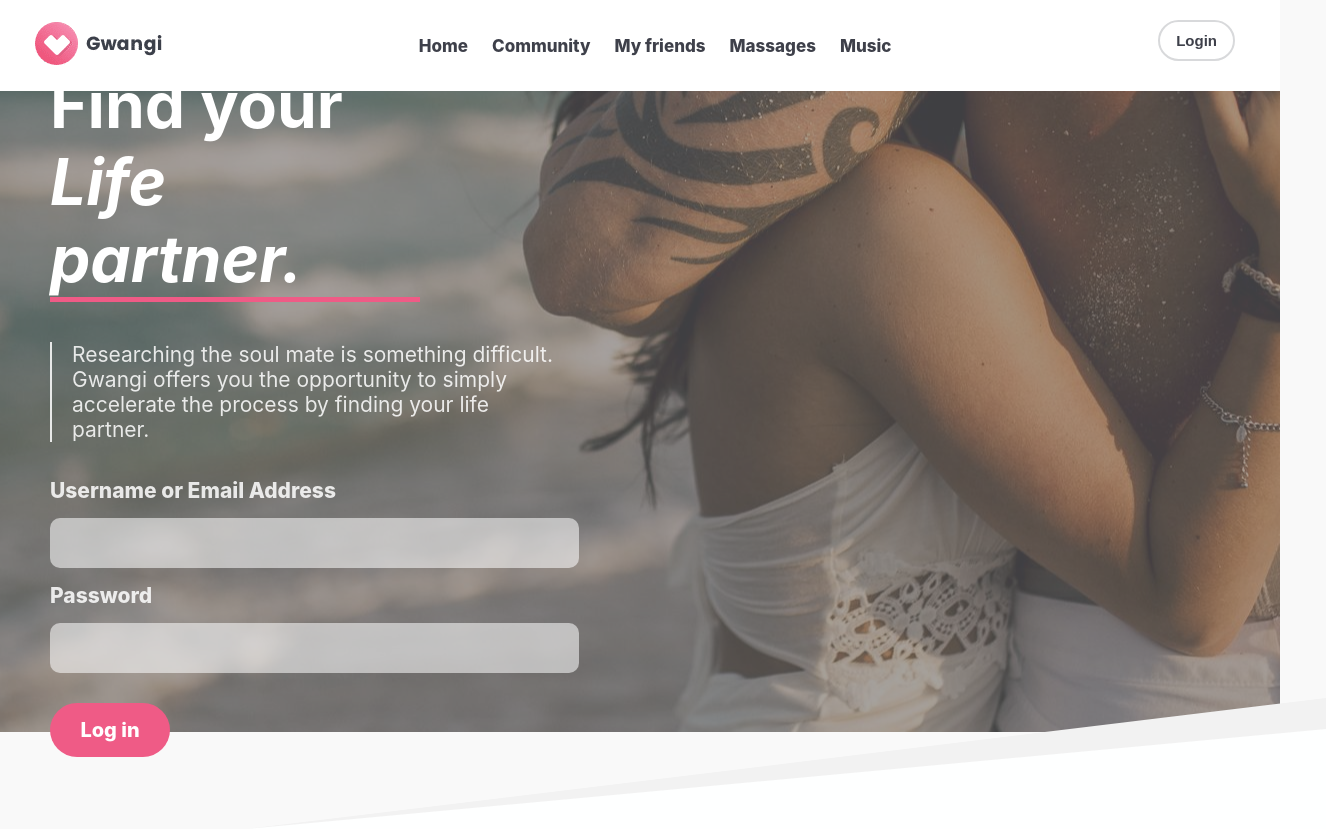
Repository: ShokunLiubov/Soc-Network-React
Page: /profile
The author's editor kept a copy of each file at every save. The page is drawn from the files as they stood at one save, then again after the next save.
The browser window is 1280 px wide. The page is 1326 px wide, so the pictures cover 1326 px, including what lies to the right of the window. The pictures show the whole page.
The page's requests for data from a server got no answer. The project was rebuilt for these pictures with package versions that can differ from the ones it lists, and the page was loaded fresh each time. No one was signed in, and anything a server would have sent is missing. Requests to the local data server were answered from the project's data file. Also part of the build but not shown: src/components/common/Paginator/Paginator.module.css, src/components/common/Paginator/Paginator.jsx, src/components/Community/Community.module.css, src/components/Community/Friend/Friend.jsx, src/components/Community/Community.jsx, src/components/common/Preloader/Preloader.jsx, src/components/Community/CommunityContainer.jsx, src/components/Dialogs/Dialogs.module.css and 13 more.

Above is the page before, as saved 2022-08-30 22:37:18.

### src/index.js
import reportWebVitals from './reportWebVitals';
import store from './redux/redux-store';
import React from 'react';
import ReactDOM from 'react-dom/client';
import './index.css';
import App from './App';
import { BrowserRouter } from 'react-router-dom';
import { Provider } from 'react-redux'

const root = ReactDOM.createRoot(document.getElementById('root'));

  root.render(

      <BrowserRouter>
        <Provider store={store}>
          <App />
        </Provider>
      </BrowserRouter>


  );


// If you want to start measuring performance in your app, pass a function
// to log results (for example: reportWebVitals(console.log))
// or send to an analytics endpoint. Learn more: https://bit.ly/CRA-vitals
reportWebVitals();

### src/redux/redux-store.js
import {applyMiddleware, combineReducers, legacy_createStore as createStore} from "redux"
import dialogsReducer from "./dialogs-reducer"
import profileReducer from "./profile-reducer"
import communityReducer from "./community-reducer"
import authReducer from "./auth-reducer"
import thunkMiddleware from 'redux-thunk'

let reducers = combineReducers({
    profilePage : profileReducer,
    dialogsPage : dialogsReducer,
    communityPage : communityReducer,
    auth: authReducer
})

let store = createStore(reducers, applyMiddleware(thunkMiddleware))

window.store = store

export default store;

### src/App.js
import React from 'react';
import { Routes, Route } from "react-router-dom";
import './App.css';
import Registration from './components/Auth/Registration/Registration';
import CommunityContainer from './components/Community/CommunityContainer';
import DialogsContainer from './components/Dialogs/DialogsContainer';
import Home from './components/Home/Home';
import Music from './components/Music/Music';
import Navbar from './components/Navbar/Navbar';
import ProfileContainer from './components/Profile/ProfileContainer';

function App(props) {
  return (

    <div className='app-wrapper'>
      <Navbar />
      <Routes>
        <Route path='/home/*' element={<Home />} />

        <Route path='/community/*' element={<CommunityContainer />} />

        <Route path='/profile/:id' element={<ProfileContainer />} />
        <Route path='/profile/*' element={<ProfileContainer />} />

        <Route path='/dialogs/*' element={<DialogsContainer />} />

        <Route path='/music/*' element={<Music />} />

        <Route path='/login/*' element={<Registration />} />

      </Routes>

    </div>

  );
}

export default App;

### src/redux/dialogs-reducer.js
const SAND_MASSAGE = 'SAND-MASSAGE'
const UPDATE_NEW_MASSAGE_TEXT = 'UPDATE-NEW-MASSAGE-TEXT'

let initialState = {
    dialogsData: [
        { id: 1, name: 'Vika', ava: './../images/ava-w1.jpeg' },
        { id: 2, name: 'Eugen', ava: './../images/ava-m2.png' },
        { id: 3, name: 'Liubov', ava: './../images/ava-w3.jpeg' },
        { id: 4, name: 'Max', ava: './../images/ava-m1.jpeg' },
        { id: 5, name: 'Nika', ava: './../images/ava-w2.webp' }
    ],
    massagesData: [
        { id: 1, massage: 'Hi' },
        { id: 2, massage: 'How are you?' },
        { id: 3, massage: 'I am okey!' }
    ],
    newMassageText: ''
}

const dialogsReducer = (state = initialState, action) => {

    switch (action.type) {
        case SAND_MASSAGE:
            let text = state.newMassageText
            return {
                ...state,
                newMassageText: '',
                massagesData: [...state.massagesData, {id: Date.now(),massage: text}]
            }

        case UPDATE_NEW_MASSAGE_TEXT:
            return {
                ...state,
                newMassageText: action.newText
            }

        default:
            return state
    }

}

export const sandMassage = () => ({ type: SAND_MASSAGE })

export const onMassageChange = (text) =>
    ({ type: UPDATE_NEW_MASSAGE_TEXT, newText: text })

export default dialogsReducer;

### src/redux/profile-reducer.js
import { usersAPI } from "../api/api"

const ADD_POST = 'ADD-POST'
const UPDATE_NEW_POST_TEXT = 'UPDATE-NEW-POST-TEXT'
const SET_USER_PROFILE = 'SET-USER-PROFILE'

let initialState = {
    userProfile: {},
    postsData: [
        { id: 1, massage: 'Hi, how are you?', countLikes: '12', time: '29 minutes ago' },
        { id: 2, massage: 'It is my first post', countLikes: '99+', time: 'yesterday' },
        { id: 3, massage: 'My name Liubov, I am wife Eugen', countLikes: '32', time: 'week ago' }
    ],
    newPostText: ''
}

const profileReducer = (state = initialState, action) => {
    switch (action.type) {
        case ADD_POST:
            let newPost = {
                id: Date.now(),
                massage: state.newPostText,
                countLikes: '0',
                time: new Date().toLocaleTimeString()
            }
            return {
                ...state,
                newPostText: '',
                postsData: [newPost, ...state.postsData]
            }

        case UPDATE_NEW_POST_TEXT:
            return {
                ...state,
                newPostText: action.newText
            }
        case SET_USER_PROFILE:
            return {
                ...state,
                userProfile: action.profile

            }
        default:
            return state
    }


}

export const addPost = () => ({ type: ADD_POST })

export const updateNewPostText = (text) =>
    ({ type: UPDATE_NEW_POST_TEXT, newText: text })

export const setUserProfile = (profile) =>
    ({ type: SET_USER_PROFILE, profile })

export const getUserProfile = (profileId) => {
    return (dispatch) => {
        usersAPI.getUserProfile(profileId).then(data => {
            dispatch(setUserProfile(data))
        })
    }
}


export default profileReducer;

### src/redux/community-reducer.js
import { usersAPI } from "../api/api"


const FOLLOW = 'FOLLOW'
const UN_FOLLOW = 'UN-FOLLOW'
const SET_USERS = 'SET-USERS'
const SET_PAGE = 'SET-PAGE'
const SET_USERS_TOTAL_COUNT = 'SET-USERS-TOTAL-COUNT'
const TOGGLE_IS_FETCHING = 'TOGGLE-IS-FETCHING'
const TOGGLE_IS_FOLLOWING_PROGRESS = 'TOGGLE-IS-FOLLOWING-PROGRESS'

let initialState = {
    userData: [],
    pageSize: 10,
    totalUsersCount: 0,
    currentPage: 1,
    currentPageSize: 1,
    isFetching: false,
    isFollowing: []
}
const communityReducer = (state = initialState, action) => {
    switch (action.type) {
        case FOLLOW:
            return {
                ...state,
                userData: state.userData.map(user => {
                    if (user.id === action.userID) {
                        return { ...user, followed: true }
                    }
                    return user
                })
            }
        case UN_FOLLOW:
            return {
                ...state,
                userData: state.userData.map(user => {
                    if (user.id === action.userID) {
                        return { ...user, followed: false }
                    }
                    return user
                })
            }
        case SET_USERS:
            return {
                ...state,
                userData: action.users
            }
        case SET_PAGE:
            return {
                ...state,
                currentPage: action.page
            }
        case SET_USERS_TOTAL_COUNT:
            return {
                ...state,
                totalUsersCount: action.UsersTotalCount
            }
        case TOGGLE_IS_FETCHING:
            return {
                ...state,
                isFetching: action.isFetching
            }
        case TOGGLE_IS_FOLLOWING_PROGRESS:
            return {
                ...state,
                isFollowing: action.isFollowing
                    ? [...state.isFollowing, action.userId]
                    : state.isFollowing.filter(id => id != action.userId)
            }
        default:
            return state
    }
}

export const followSuccess = (userID) => ({ type: FOLLOW, userID })

export const unFollowSuccess = (userID) => ({ type: UN_FOLLOW, userID })

export const setUsers = (users) => ({ type: SET_USERS, users })

export const setPage = (page) => ({ type: SET_PAGE, page })

export const setUsersTotalCount = (UsersTotalCount) => ({ type: SET_USERS_TOTAL_COUNT, UsersTotalCount })

export const toggleFetching = (isFetching) => ({ type: TOGGLE_IS_FETCHING, isFetching })

export const toggleFollowing = (isFollowing, userId) => ({ type: TOGGLE_IS_FOLLOWING_PROGRESS, isFollowing, userId })


export const getUsers = (currentPage, pageSize) => {
    return (dispatch) => {
        dispatch(toggleFetching(true))
        usersAPI.getUsers(currentPage, pageSize).then(data => {
            dispatch(toggleFetching(false))
            dispatch(setUsers(data))
            dispatch(setUsersTotalCount(20))
        })
    }
}

export const getUsersOnPage = (page, pageSize) => {
    return (dispatch) => {
        dispatch(setPage(page))
        dispatch(toggleFetching(true))
        usersAPI.getUsers(page, pageSize).then(data => {
            dispatch(toggleFetching(false))
            dispatch(setUsers(data))
        })
    }
}

export const follow = (userId) => {
    return (dispatch) => {
        dispatch(toggleFollowing(true, userId))
        usersAPI.postFollow(userId).then(response => {
            dispatch(followSuccess(userId))
            dispatch(toggleFollowing(false, userId))
        })
    }
}

export const unFollow = (userId, followedId) => {
    return (dispatch) => {
        dispatch(toggleFollowing(true, userId))
        usersAPI.deleteUnFollow(followedId).then(response => {
            dispatch(unFollowSuccess(userId))
            dispatch(toggleFollowing(false, userId))
        })
    }
}

export default communityReducer;

### src/redux/auth-reducer.js
import { usersAuth } from "../api/api"

const SET_USER_DATA = 'SET-USER-DATA'

let initialState = {
    userId: undefined,
    email: undefined,
    login: undefined,
    isAuth: false,
    myUserProfile: {}
}
const authReducer = (state = initialState, action) => {
    switch (action.type) {
        case SET_USER_DATA:
            return {
                ...state,
                ...action.data,
                isAuth: false
            }
        default:
            return state
    }
}

export const setAuthUserData = (userId, email, login) => ({ type: SET_USER_DATA, data: {userId, email, login} })

export const getAuthUserData = () => {
    return (dispatch) => {
        usersAuth.getAuth().then(data => {
            if (data.resultCode === 0) {
                let { id, email, login } = data.data
                dispatch(setAuthUserData(id, email, login))
            }
        })
    }
}

export default authReducer;

### src/components/Auth/Registration/Registration.jsx
import React from 'react';
import styles from './Registration.module.css'

const Registration = () => {
    return (
        <div className={styles.background}>
            <div className={styles.registration}>
                <div className={styles.title}>Find your<br />
                    <i>Life partner.</i></div>
                <p className={styles.excerption}>Researching the soul mate is something difficult. Gwangi offers you the opportunity to simply accelerate the process by finding your life partner.</p>
                <form>
                    <div className={styles.username}>
                        <label>Username or Email Address</label>
                        <input type="text" />
                    </div>
                    <div className={styles.password}>
                        <label>Password</label>
                        <input type="password" />
                    </div>
                    <div className={styles.buttonLogin}>
                        <span>Log in</span>
                    </div>

                </form>
                <div className={styles.decorationGrey}></div>
                <div className={styles.decorationWhite}></div>
            </div>
            {/* <div className={styles.decoration}> */}
            {/* </div> */}

        </div>
    )
}

export default Registration;

### src/components/Dialogs/DialogsContainer.jsx
import React from 'react';
import { sandMassage, onMassageChange } from '../../redux/dialogs-reducer';
import Dialogs from './Dialogs';
import { connect } from 'react-redux'


let mapStateToProps = (state) => {
    return {
        dialogsData: state.dialogsPage.dialogsData,
        massagesData: state.dialogsPage.massagesData,
        newMassageText: state.dialogsPage.newMassageText,
        isAuth: state.auth.isAuth
    }
}

const DialogsContainer = connect(mapStateToProps, { sandMassage, onMassageChange })(Dialogs)

export default DialogsContainer;

### src/components/Navbar/Navbar.jsx
import React from 'react';
import { NavLink } from 'react-router-dom';
import AuthorizationContainer from '../Auth/AuthorizationContainer';
import styles from './Navbar.module.css'

const Navbar = () => {
    return (
        <div className={styles.navbar}>
            {/* LOGO */}
            <div className={styles.logo}><img src='./../images/logotype.png' /></div>
             {/* LOGO */}

            {/* MENU */}
            <nav className={styles.menu}>
                <div className={styles.item}>
                    <NavLink to='/home' className={navData => navData.isActive ? styles.active : styles.item}>Home</NavLink>
                </div>
                <div className={styles.item}>
                    <NavLink to='/community' className={navData => navData.isActive ? styles.active : styles.item}>Community</NavLink>
                </div>
                <div className={styles.item}>
                    <NavLink to='/friends' className={navData => navData.isActive ? styles.active : styles.item}>My friends</NavLink>
                </div>
                <div to='/dialogs' className={styles.item}>
                    <NavLink to='/dialogs' className={navData => navData.isActive ? styles.active : styles.item}>Massages</NavLink>
                </div>
                <div className={styles.item}>
                    <NavLink to='/music' className={navData => navData.isActive ? styles.active : styles.item}>Music</NavLink>
                </div>
            </nav>
            {/* MENU */}

            {/* Authorization */}
            <AuthorizationContainer />
            {/* Authorization */}

        </div>
    )
}

export default Navbar;

### src/components/Profile/ProfileContainer.jsx
import React from 'react';
import { connect } from 'react-redux'
import {  useLocation, useNavigate, useParams } from "react-router-dom"
import {getUserProfile} from '../../redux/profile-reducer'
import Profile from './Profile';
import { Navigate } from 'react-router-dom';

class ProfileContainer extends React.Component {


    componentDidMount() {
        let profileId = this.props.router.params.id;
        if(!profileId) {
            profileId = 3
        }
        this.props.getUserProfile(profileId)
    }

    render() {
        if(!this.props.isAuth) return <Navigate to={'/login/'} />
        return (
            <div>
                <Profile {...this.props }
                userProfileData={this.props.userProfile}/>
            </div>
        )
    }
}

let mapStateToProps = (state) => {
    return {
        userProfile: state.profilePage.userProfile,
        isAuth: state.auth.isAuth
    }
}

// let WithUrlDataContainerComponent = withRouter(ProfileContainer)

function withRouter(Component) {
    function ComponentWithRouterProp(props) {
        let location = useLocation();
        let navigate = useNavigate();
        let params = useParams();
        return (
            <Component
                {...props}
                router={{ location, navigate, params }}
            />
        );
    }

    return ComponentWithRouterProp;
}

export default connect(mapStateToProps,
    { getUserProfile })(withRouter(ProfileContainer));

### src/api/api.js
import axios from 'axios';

const instance = axios.create({
    withCredentials: true,
    baseURL: 'http://localhost:3001/'
})

export const usersAPI = {
    getUsers(currentPage, pageSize) {
        return instance.get(`users?_page=${currentPage}&_limit=${pageSize}`).then(

            response => {
                const followed = Promise.all(response.data.map(async (user) => {
                    let follow = await instance.get(`follow?userId=${user.id}&authUserId=3`)
                    let isFollow = (follow.data[0]) ? true : false;
                    user.followed = isFollow
                    user.followedId = isFollow ? follow.data[0].id : ''
                    return user
                }))
                return followed
            }
        )
    },
    getUserProfile(profileId) {
        return instance.get('users/' + profileId + '?_embed=profile').then(response => response.data)
    },
    postFollow(id) {
        return instance.post('follow', {
            "id": Date.now(),
            "userId": id,
            "authUserId": 3
        })
    },
    deleteUnFollow(followedId) {
        return instance.delete(`follow/${followedId}`)
    }
}

export const usersAuth = {
    getAuth() {
        return instance.get('auth/1').then(response => response.data)
    },
}

### src/components/Auth/Registration/Registration.module.css
.background {
    background-image: url(./../../../../public/images/registration-bgr.jpeg);
    background-repeat: no-repeat;
    background-position: center;
    width: 100%;
    height: 89vh;
    position: relative;
    display: flex;
    align-items: center;
}

.background::before {
    content: " ";
    width: 100%;
    height: 89vh;
    background-color: #696a6e99;
    position: absolute;
    z-index: 1;
}

.registration {
    margin-left: 50px;
    position: relative;
    z-index: 20;
}

.title {
    color: #ffffff;
    font-size: 64px;
    max-width: 370px;
    font-weight: 700;
    border-bottom: 5px solid #ef5b86;
}

.excerption {
    margin-top: 40px;
    color: rgba(255, 255, 255, 0.85);
    font-size: 21px;
    max-width: 40%;
    padding: 0px 20px;
    border-left: 2px solid rgba(255, 255, 255, 0.85);
}

/* FORM */
.username,
.password {
    display: flex;
    flex-direction: column;
    max-width: 43%;
    color: rgba(255, 255, 255, 0.85);
}

.username input,
.password input {
    background-color: #ffffff8c;
    color: #ffffff;
    font-size: 21px;
    font-weight: 800;
    border-radius: 10px;
    border: none;
    height: 50px;
    padding: 0 20px;
    outline:none;
}

.username label,
.password label {
    margin: 15px 0;
    font-size: 21px;
    font-weight: 800;
}

.buttonLogin {
    cursor: pointer;
    margin-top: 30px;
    background-color: #ef5b86;
    width: 120px;
    padding: 15px 0;
    display: flex;
    justify-content: center;
    align-items: center;
    color: #ffffff;
    border-radius: 30px;
    font-weight: 800;
    font-size: 20px;
}

/* FORM */

.decorationGrey {
    position: absolute;
    bottom: -72px;
    right: -46px;
    width: 0;
	height: 0;
    border-top: 131px solid transparent;
	border-right: 150vh solid #f2f2f2;
	border-bottom: 0px solid #f2f2f2;
    /* transition: all 0.5s ease-out; */
}

.decorationWhite {
    position: absolute;
    bottom: -72px;
    right: -46px;
    width: 0;
	height: 0;
	border-top: 100px solid transparent;
	border-right: 150vh solid #feffff;
	border-bottom: 0px solid #feffff;
}

### src/components/Auth/AuthorizationContainer.jsx
import React from 'react';
import { connect } from 'react-redux'
import Authorization from './Authorization';
import { getAuthUserData } from '../../redux/auth-reducer';
import AuthProfile from './AuthProfile';

class AuthorizationContainer extends React.Component {

    componentDidMount() {
        this.props.getAuthUserData()

    }

    render() {
        return (
            <>
                {this.props.isAuth &&
                    <AuthProfile {...this.props} />}
                {!this.props.isAuth &&
                    <Authorization {...this.props} />}
            </>

        )
    }
}

let mapStateToProps = (state) => {
    return {
        isAuth: state.auth.isAuth,
        login: state.auth.login,
        myUserProfile: state.auth.myUserProfile
    }
}

export default connect(mapStateToProps,
    { getAuthUserData })(AuthorizationContainer)

### src/components/Navbar/Navbar.module.css
.navbar {
    display: flex;
    justify-content: space-between;
    align-items: center;
    padding: 20px 35px;
    background-color: #ffffff;
}

.logo {
    cursor: pointer;
}

.menu {
    display: flex;
}

.item a {
    margin: 0 12px;
    font-size: 17px;
    color: #3e404a;
    font-weight: 800;
    cursor: pointer;
    text-decoration: none;
}

.item a.active {
    color: #ef5b86;
}

### src/components/Auth/Authorization.jsx
import React from 'react';
import { NavLink } from 'react-router-dom';
import styles from './Authorization.module.css'

const Authorization = (props) => {
    return(
            <NavLink to='/login' className={styles.login}>
                <button className='button'>Login</button>
        </NavLink>
    )
}

export default Authorization;

### src/components/Auth/Authorization.module.css
.login {
    text-decoration: none;
}

.nickname {
    margin: 0 12px;
    font-size: 17px;
    color: #3e404a;
    font-weight: 800;
    cursor: pointer;
}

.myProfile {
    text-decoration: none;
    display: flex;
    flex-direction: row;
    align-items: center;
}

.ava {
    width: 50px;
    height: 50px;
    object-fit: cover;
    border-radius: 50%;
}

### src/components/Profile/Profile_body/MyPosts/Post/Post.module.css
.post {
    background-color: #ffffff;
    border: 1px solid #e8e8e9;
    border-radius: 10px;
    margin: 50px 0;
    position: relative;
    width: 70%;
    min-height: 100px;
}

.personInfo img {
    position: absolute;
    top: -20px;
    left: -20px;
    width: 80px;
    height: 80px;
    object-fit: cover;
    border-radius: 10px;
}

.personInfo {
    display: flex;
}

.postInfo {
    margin: 10px 80px;
}

.nickname {
    color: #3e404a;
    font-size: 18px;
    font-weight: 700;
}

.time {
    color: #9da6b0;
    font-size: 12px;
    font-weight: 600;
    margin-top: 5px;
}

.massage {
    color: #9ca6af;
    font-size: 15px;
    font-weight: 700;
    margin: 10px 80px;
}

.like {
    width: 100%;
    display: flex;
    justify-content: end;
}

button{
    background: none;
    border: none;
    display: flex;
    align-items: center;
    margin: 0 10px 10px;
}

.countLike {
    margin-left: 5px;
    color: #9da6b0;
    font-size: 12px;
    font-weight: 500;
}

### src/components/Auth/AuthProfile.jsx
import React from 'react';
import { NavLink } from 'react-router-dom';
import styles from './Authorization.module.css'

const AuthProfile = (props) => {

    return (
        <>
            <NavLink to='/profile' className={styles.myProfile}>
                <span className={styles.nickname}>{props.login}</span>
                {/* <img className={styles.ava} src={user.ava} alt="" /> */}
            </NavLink>
        </>
    )
}

export default AuthProfile;

Loaded but not shown: public/index.html (common file); src/reportWebVitals.js (common file); src/index.css (common file); src/App.css (common file); server/db.json (374 lines, source omitted); src/components/Home/Home.module.css (no stored copy; drawn as an empty file); src/components/Music/Music.module.css (no stored copy; drawn as an empty file); src/components/Profile/Profile.module.css (no stored copy; drawn as an empty file)

After the next save:
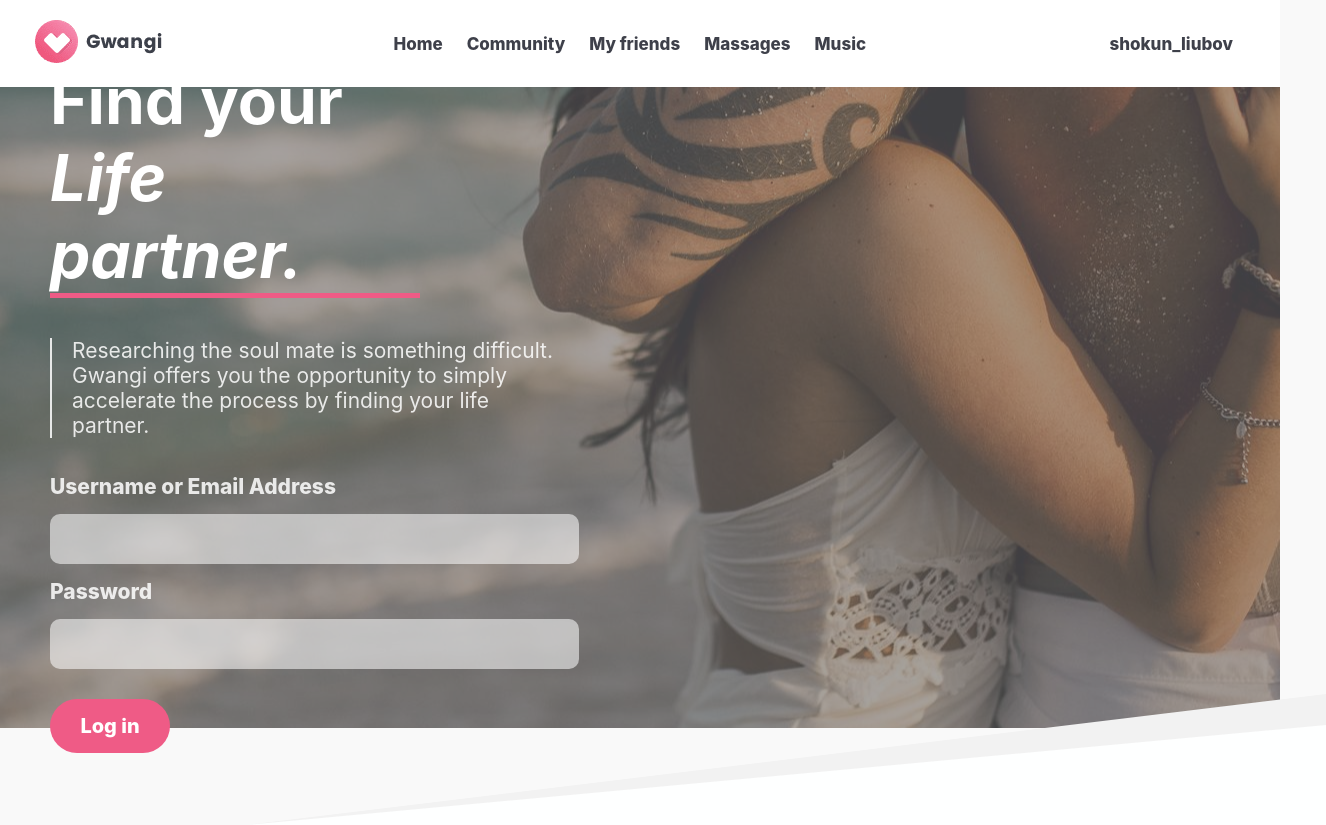
Saved 96 s later.
--- a/src/redux/auth-reducer.js
+++ b/src/redux/auth-reducer.js
@@ -15,7 +15,7 @@ const authReducer = (state = initialState, action) => {
             return {
                 ...state,
                 ...action.data,
-                isAuth: false
+                isAuth: true
             }
         default:
             return state
